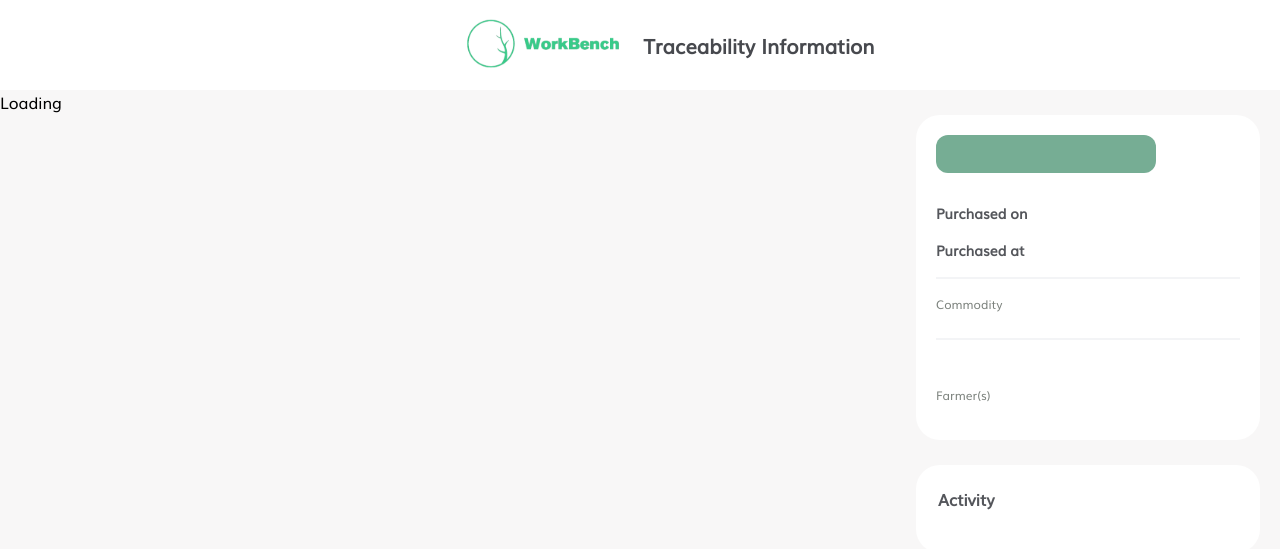
Repository: Hamezry/Traceability-Page
Page: /
The author's editor kept a copy of each file at every save. The page is drawn from the files as they stood at one save, then again after the next save.
The browser window is 1280 px wide. The pictures show the whole page.
The page's requests for data from a server got no answer. The project was rebuilt for these pictures with package versions that can differ from the ones it lists, and the page was loaded fresh each time. No one was signed in, and anything a server would have sent is missing.

Above is the page before, as saved 2022-09-18 09:08:13.

### public/index.html
<!DOCTYPE html>
<html lang="en">
  <head>
    <meta charset="utf-8" />
    <meta name="viewport" content="width=device-width, initial-scale=1" />
    <meta name="theme-color" content="#000000" />
    <meta
      name="description"
      content="Web site created using create-react-app"
    />
    <link rel="preconnect" href="https://fonts.googleapis.com">
    <link rel="preconnect" href="https://fonts.gstatic.com" crossorigin>
    <!-- <link href="https://fonts.googleapis.com/css2?family=Mulish:wght@300;400;600&display=swap" rel="stylesheet"> -->
    <title>Traceability page</title>
  </head>
  <body>
    <noscript>You need to enable JavaScript to run this app.</noscript>
    <div id="root"></div>

  </body>
</html>

### src/index.css
@tailwind base;
@tailwind components;
@tailwind utilities;

@font-face {
    font-family: 'Muli';
    src: local('Muli'), url("./fonts/Muli-Regular.ttf") format("truetype");
}


@font-face {
    font-family: 'Muli';
    src: url('./fonts/Muli-Regular.ttf') format("truetype");
}

body {
    font-family: 'Muli' !important;
}

### src/App.js
import './index.css';
import Navbar from './components/Navbar';
import Information from './components/Information';
import Sidemap from './components/Sidemap';
import { BrowserRouter, Route, Routes } from 'react-router-dom';

function App() {
  return (
    <BrowserRouter>

      <Routes>

          <Route path='/' element={
            <div>
              <Navbar />
              <div className="lg:flex lg:justify-between w-full  lg:h-[calc(100vh-90px)] lg:overflow-y-hidden bg-[#f8f7f7]">
                <Sidemap />
                <Information />
              </div>

            </div>

          } />

      </Routes>
    </BrowserRouter>
  );
}

export default App;

### src/components/Navbar.js
import React from 'react'
import logo from '../Assets/logo.svg'

const Navbar = () => {
  return (
    <div className='w-full flex justify-center lg:justify-none h-[90px] bg-white sticky font-muli  z-30  top-0 lg:items-center'>

        <img src= {logo} alt='nav-icon' className='h-[80px] w-[188px] lg:ml-[50px]'/>
        <p className='hidden lg:block text-[#47494E] font-semibold  text-[20px]'>Traceability Information</p>

    </div>
  )
}

export default Navbar

### src/components/Information.js
import React, { useEffect, useState } from 'react'
import image1 from '../Assets/image-2.png'
import purchased from '../Assets/purchase.svg'
import axios from 'axios'
import { useLocation } from 'react-router-dom'



function Information() {

    const [list, setList] = useState([])
    const search = useLocation().search;
    const qr_code = new URLSearchParams(search).get('qr_code')

    useEffect(() => {
        axios.get(`https://wb3test.afexnigeria.com/WB3/api/v1/traceability/info/${qr_code}`)
            .then(res => {
                setList(res.data.data)
                console.log(res.data)
            }).catch(err => {
                console.log(err)
            })
    }, [qr_code])


    return (
        <div className='lg:h-full  lg:w-[30%] font-muli lg:overflow-y-auto'>

            <div id="TQC" className=" z-10  top-0 flex lg:flex  flex-col px-[20px]">

                <div className="flex-1 flex bg-white lg:w-[100%] lg:mx-auto lg:mt-[25px] flex-col h-[556px] p-[20px] rounded-3xl">

                    {/*TQC */}
                    <div className='mb-4 border-b-2 border-b-gray-100 '>
                        <div className='bg-[#76AD94] text-white text-center py-2 font-semibold text-[16px] max-w-[220px] h-[38px] mb-[30px] rounded-xl'> <p>{list.qr_code}</p></div>
                        <p className='text-[#54565B] text-[14px] mb-4 font-semibold'>Purchased on <span className='font-normal'>{list.purchased_on}</span></p>
                        <p className=' text-[#54565B] text-[14px] mb-4 font-semibold'>Purchased at <span className='font-normal'>{list.purchased_at}</span></p>

                    </div>

                    <div className='mb-4 border-b-2  border-b-gray-100 '>
                        <p className='text-[#7C827D] text-[12px] mb-[25px] '>Commodity</p>
                        <p className='text-[#47494E] text-[14px] mb-4 font-medium '>{list.commodity}</p>

                    </div>

                    <div className='mt-[30px] mb-4'>

                        <p className='text-[#7C827D] text-[12px]'>Farmer(s)</p>

                        {
                            list?.farmers?.map((item, index) => {
                                return (
                                    <div key={index} className='w-[232px] h-[71px] shadow p-3 flex items-center mt-[20px] rounded-xl'>
                                        <img src={image1} alt='profilepic' />
                                        <p className='text-[#47494E] text-[16px] ml-5  font-medium '>{item.first_name} {item.last_name}<br /> <span className='text-[#707673] text-[12px]'>{item.age} years &nbsp; | &nbsp;  {item.gender}</span></p>
                                    </div>
                                )
                            })
                        }



                    </div>


                </div>



            </div>




            <div id="Activity" className=" top-0 flex lg:flex flex-shrink-0 flex-col px-[20px]">

                <div className="flex-1 flex bg-white lg:w-[100%] lg:mx-auto mt-[25px] mb-5 flex-col  h-[900px] p-[22px] rounded-3xl ">

                    <p className='text-[#54565B] mb-5 font-semibold text-[16px]'>Activity</p>

                    {list?.activities?.map((item, index) =>

                        <div key={index} className='flex justify-between stroke-amber-50 text-[#7C827D] 2xl:px-5 lg:px-0 text-[11px]'>

                            <div className='flex gap-2 xl:gap-2 md:gap-8'>

                                <div className='flex flex-col items-center'>
                                    <img src={purchased} alt='recp' />
                                    <div className='border border-dotted border-[#7C827D] min-h-[100px] max-h-[120px] w-[1px]'></div>

                                </div>
                                <div className='flex flex-col lg:w-[160px] md:w-[270px] w-[130px]' >
                                    <p className='font-semibold mt-2 lg:text-[13px]'>{item.action} </p>
                                    <span className='text-[#7C827D] text-[9px] mt-2 lg:text-[11px]'>{item.description}</span>
                                </div>



                            </div>
                            <p className='text-[#76AD94] text-[9px] mt-2 xl:text-[10px]'> <span>{item.created}</span> </p>

                        </div>
                    )}






                </div>





            </div>


        </div>);
}

export default Information

### src/components/Sidemap.js
import React from 'react'
import {useJsApiLoader, GoogleMap, Marker} from '@react-google-maps/api';

const center = {lat:48.8584, lng:2.294}

function Sidemap() {

  const { isLoaded } = useJsApiLoader({
    googleMapsApiKey:process.env.REACT_APP_GOOGLE_MAPS_API_KEY,
  });

  if (!isLoaded){
    return <h1>Loading</h1>
  }
  return (

    <div class= "h-[600px] w-full lg:h-[calc(100vh-90px)] lg:w-[70%]">

      <div className='hidden lg:block p-4 lg:p-0 lg:w-full h-[100%]'>
          <GoogleMap
          mapContainerStyle={{width:'100%', height:'100%'}}
          center={center} zoom={15}
          options={{
            zoomControl:false,
            streetViewControl:false,
            mapTypeControl:false,
            fullscreenControl:false,
          }}
          >
            <Marker position={center}/>

          </GoogleMap>
      </div>

      <div className='lg:hidden p-4 lg:p-0 lg:w-full h-[100%]'>
          <GoogleMap
          mapContainerStyle={{width:'100%', height:'100%', borderRadius:'50px'}}
          center={center} zoom={15}
          options={{
            zoomControl:false,
            streetViewControl:false,
            mapTypeControl:false,
            fullscreenControl:false,
          }}
          >
            <Marker position={center}/>

          </GoogleMap>
      </div>


    </div>

  )
}

export default Sidemap

### tailwind.config.js

/** @type {import('tailwindcss').Config} */
module.exports = {
  content: [
    "./src/**/*.{js,jsx,ts,tsx}",
  ],
  theme: {
    extend: {
      fontFamily:{
        'Muli':['Muli', 'san-serif']
      }
    },
  },
  plugins: [],
}

Loaded but not shown: src/index.js (common file)

After the next save:
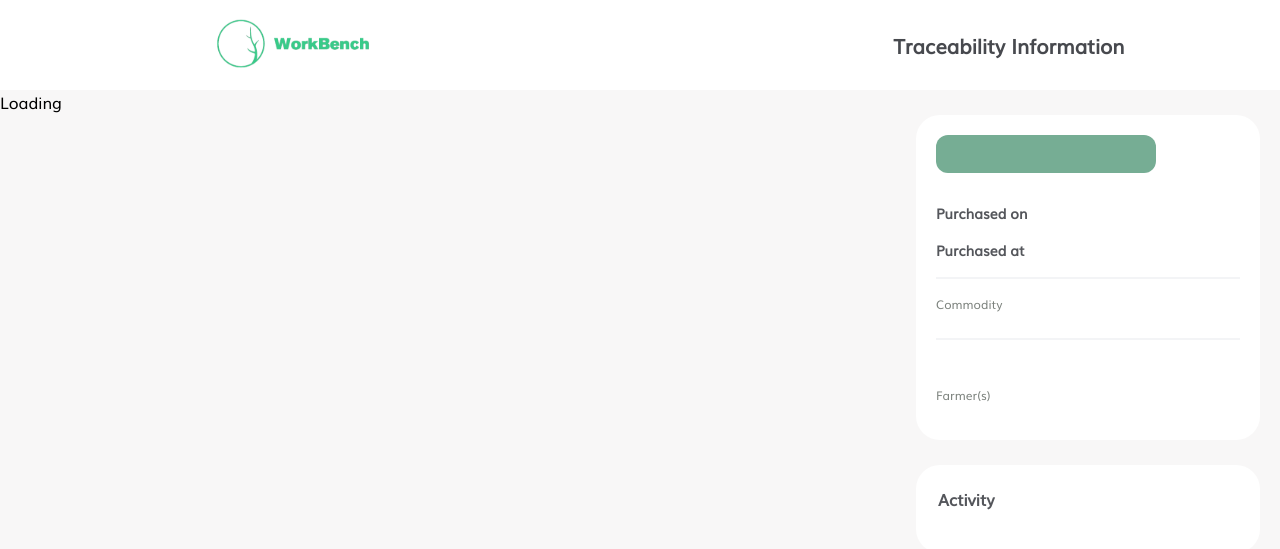
Saved 23 s later.
--- a/src/components/Navbar.js
+++ b/src/components/Navbar.js
@@ -3,7 +3,7 @@ import logo from '../Assets/logo.svg'
 
 const Navbar = () => {
   return (
-    <div className='w-full flex justify-center lg:justify-none h-[90px] bg-white sticky font-muli  z-30  top-0 lg:items-center'>
+    <div className='w-full flex justify-center lg:gap-[500px] h-[90px] bg-white sticky font-muli  z-30  top-0 lg:items-center'>
 
         <img src= {logo} alt='nav-icon' className='h-[80px] w-[188px] lg:ml-[50px]'/>
         <p className='hidden lg:block text-[#47494E] font-semibold  text-[20px]'>Traceability Information</p>
